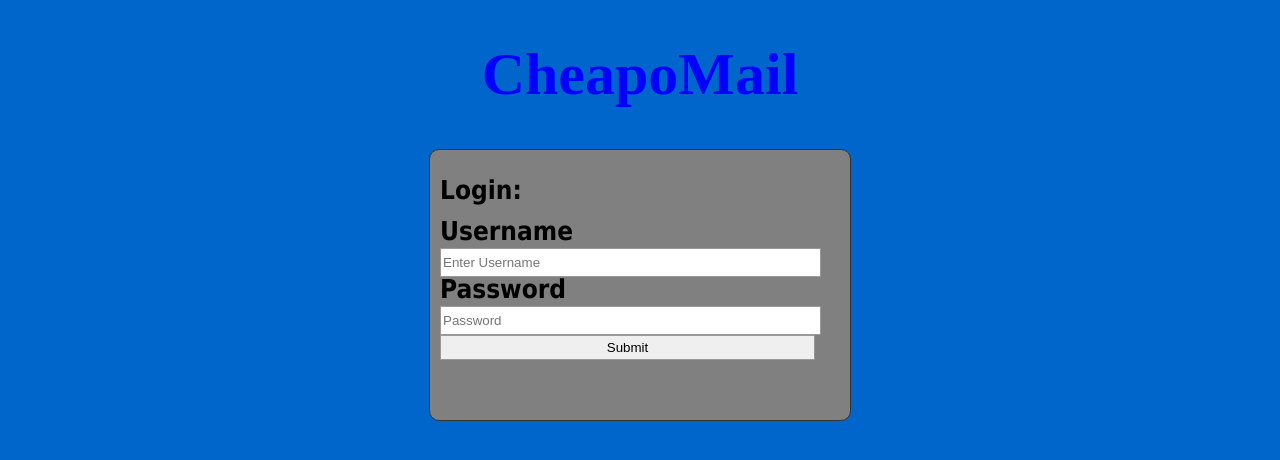
Repository: Wushum/Project-4
Page: cheapomail.html
The author's editor kept a record of every edit. The page is drawn from the files as they stood at one moment, then again after the next edit.
The browser window is 1280 px wide. The pictures show the whole page.

Above is the page before.
Not found: behaviour.js

After the next edit:
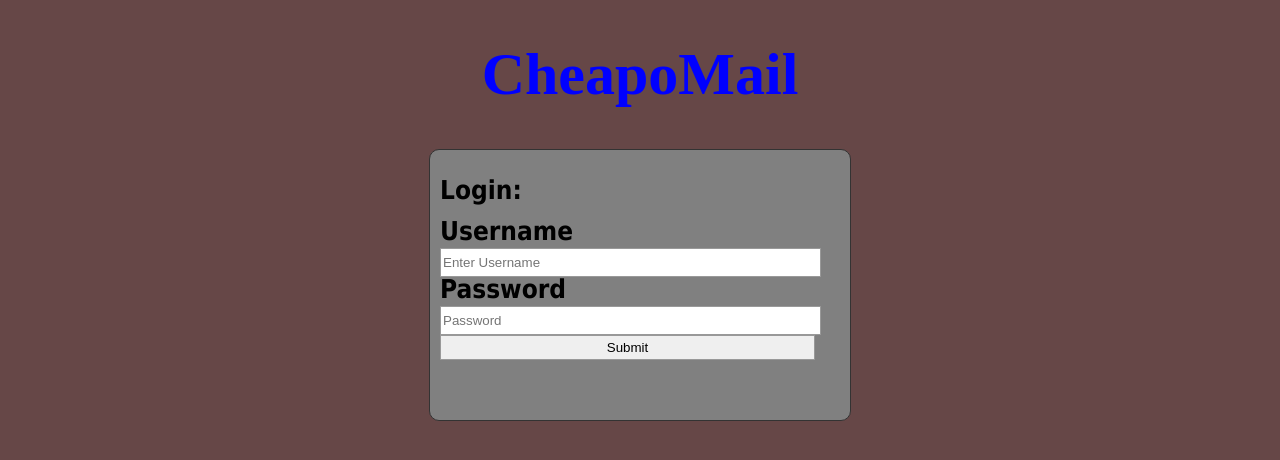
The edit:
--- a/cheapomail.css
+++ b/cheapomail.css
@@ -1,5 +1,5 @@
 body{
-  background: #0066CC;
+  background: #664747;
 }
 
 #heading{
